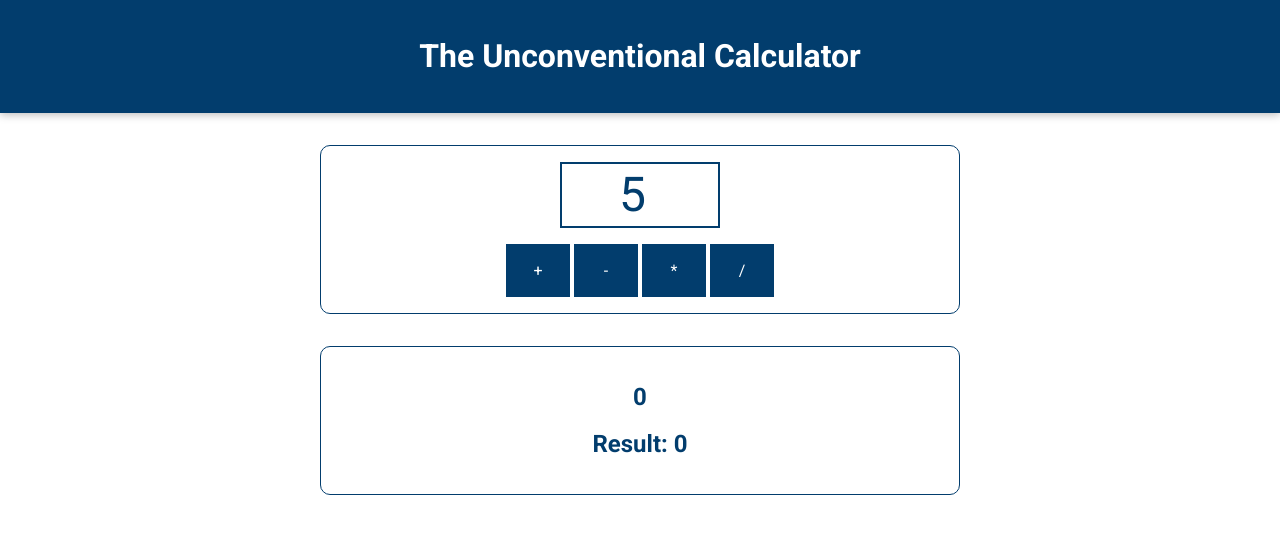
Repository: rafal-bedkowski/JSFundamentalCourse
Page: index.html
An editor plug-in stored every save of this project. The page is shown before and after the next save, followed by the edit.
The browser window is 1280 px wide. The pictures show the whole page.
Empty fields were first filled with sample values (such as "Sample", 5 or name@example.com).
After loading, the first visible `#btn-add` was clicked once.

Above is the page before, as saved 2022-09-07 10:35:25.
Console error: ReferenceError: calculateDescription is not defined

After the next save:
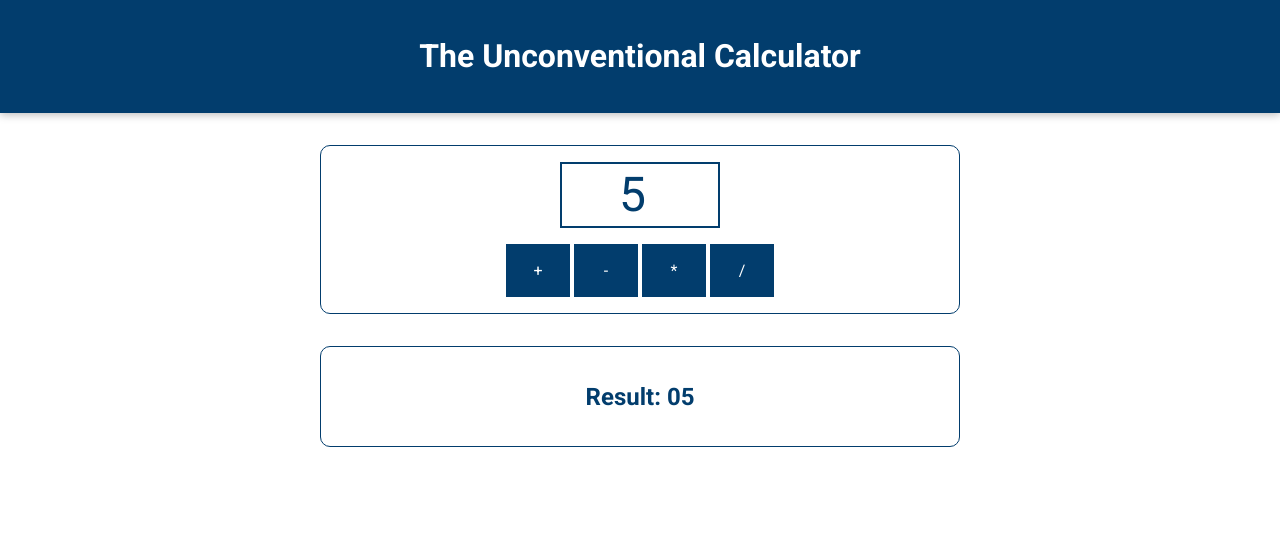
The error is gone.
Saved 88 s later.
--- a/assets/scripts/app.js
+++ b/assets/scripts/app.js
@@ -3,7 +3,7 @@ let currentResult = defaultResult;
 
 function addition() {
   currentResult = currentResult + userInput.value;
-  outputResult(currentResult, calculateDescription);
+  outputResult(currentResult, '');
 }
 
 addBtn.addEventListener('click', addition);
